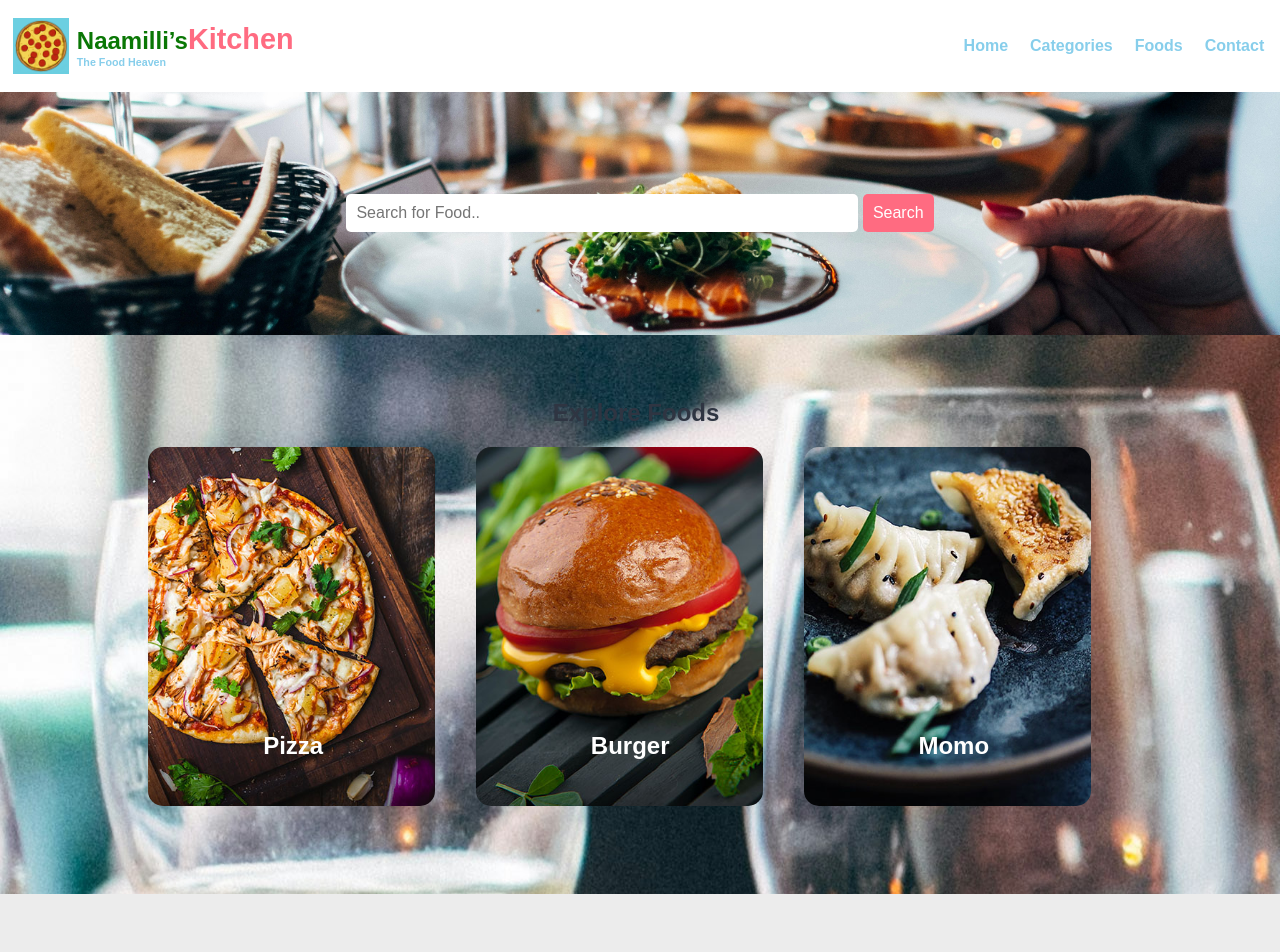
Repository: Saviour-Dagadu/Naamilli
Page: index.html
An editor plug-in stored every save of this project. The page is shown before and after the next save, followed by the edit.
The browser window is 1280 px wide. The pictures show the part of the page from y = 0 to 952 px (the page is 2117 px tall).
A picture or video elsewhere on the page could not be fetched, so the positions and the page height are approximate.

Above is the page before, as saved 2024-12-03 17:56:30.

### index.html
<!DOCTYPE html>
<html lang="en">
<head>
    <meta charset="UTF-8">
    <!-- Important to make website responsive -->
    <meta name="viewport" content="width=device-width, initial-scale=1.0">
    <title>Restaurant Website</title>

    <!-- Link our CSS file -->
    <link rel="stylesheet" type="text/css" href="css/style.css">
</head>

<body>
    <!-- Navbar Section Starts Here -->
	<section class="navbar" style="display: flex; align-items: center; justify-content: space-between;">
        <div class="container" style="display: flex; width: 100%; justify-content: space-between; align-items: center;">
            <div class="logo" style="display: flex; align-items: center;">
                <a href="index.html" title="Logo" style="display: flex; align-items: center;">
                    <img src="images/giphy.gif" alt="" style="
                        width: 3.5rem; /* Adjust size to be similar to nav image */
                        height: 3.5rem; /* Adjust size to be similar to nav image */
                        margin-right: 0.5rem;">
                    <div>
                        <h2 style="margin: 0;">Naamilli’s<span>Kitchen</span></h2>
                        <h6 style="margin: 0;"><span>The Food Heaven</span></h6>
                    </div>
                </a>
            </div>

            <div class="menu text-right">
                <ul style="list-style: none; margin: 0; padding: 0; display: flex; justify-content: flex-end;">
                    <li style="margin-left: 1rem;">
                        <a href="index.html">Home</a>
                    </li>
                    <li style="margin-left: 1rem;">
                        <a href="categories.html">Categories</a>
                    </li>
                    <li style="margin-left: 1rem;">
                        <a href="foods.html">Foods</a>
                    </li>
                    <li style="margin-left: 1rem;">
                        <a href="contact.html">Contact</a>
                    </li>
                </ul>
            </div>
        </div>

        <div class="clearfix"></div>
    </section>

    <!-- Navbar Section Ends Here -->

    <!-- fOOD sEARCH Section Starts Here -->
    <section class="food-search text-center">
        <div class="container">

            <form action="underConstruction.html" method="POST">
                <input type="search" name="search" placeholder="Search for Food.." required>
                <input type="submit" name="submit" value="Search" class="btn btn-primary">
            </form>

        </div>
    </section>
    <!-- fOOD sEARCH Section Ends Here -->

    <!-- CAtegories Section Starts Here -->
    <section class="categories">
        <div class="container">
            <h2 class="text-center">Explore Foods</h2>

            <a href="category-foods.html">
            <div class="box-3 float-container">
                <img src="images/pizza.jpg" alt="Pizza" class="img-responsive img-curve">

                <h3 class="float-text text-white">Pizza</h3>
            </div>
            </a>

            <a href="#">
            <div class="box-3 float-container">
                <img src="images/burger.jpg" alt="Burger" class="img-responsive img-curve">

                <h3 class="float-text text-white">Burger</h3>
            </div>
            </a>

            <a href="#">
            <div class="box-3 float-container">
                <img src="images/momo.jpg" alt="Momo" class="img-responsive img-curve">

                <h3 class="float-text text-white">Momo</h3>
            </div>
            </a>

            <div class="clearfix"></div>
        </div>
    </section>
    <!-- Categories Section Ends Here -->

    <!-- fOOD MEnu Section Starts Here -->
    <section class="food-menu">
        <div class="container">
            <h2 class="text-center">Food Menu</h2>

            <div class="food-menu-box">
                <div class="food-menu-img">
                    <img src="images/menu-pizza.jpg" alt="Chicke Hawain Pizza" class="img-responsive img-curve">
                </div>

                <div class="food-menu-desc">
                    <h4>Pizza</h4>
                    <p class="food-price">Ghc 50</p>
                    <p class="food-detail">
                        Made with Italian Sauce, Chicken, and organice vegetables.
                    </p>
                    <br>

                    <a href="order.html" class="btn btn-primary">Order Now</a>
                </div>
            </div>

            <div class="food-menu-box">
                <div class="food-menu-img">
                    <img src="images/menu-burger.jpg" alt="Chicke Hawain Pizza" class="img-responsive img-curve">
                </div>

                <div class="food-menu-desc">
                    <h4>Smoky Burger</h4>
                    <p class="food-price">Ghc 20</p>
                    <p class="food-detail">
                        Made with Italian Sauce, Chicken, and organice vegetables.
                    </p>
                    <br>

                    <a href="#" class="btn btn-primary">Order Now</a>
                </div>
            </div>

            <div class="food-menu-box">
                <div class="food-menu-img">
                    <img src="images/menu-burger.jpg" alt="Chicke Hawain Burger" class="img-responsive img-curve">
                </div>

                <div class="food-menu-desc">
                    <h4>Nice Burger</h4>
                    <p class="food-price">Ghc 20</p>
                    <p class="food-detail">
                        Made with Italian Sauce, Chicken, and organize vegetables.
                    </p>
                    <br>

                    <a href="#" class="btn btn-primary">Order Now</a>
                </div>
            </div>



            <!-- <div class="food-menu-box">
                <div class="food-menu-img">
                    <img src="images/menu-pizza.jpg" alt="Chicke Hawain Pizza" class="img-responsive img-curve">
                </div>

                <div class="food-menu-desc">
                    <h4>Food Title</h4>
                    <p class="food-price">$2.3</p>
                    <p class="food-detail">
                        Made with Italian Sauce, Chicken, and organice vegetables.
                    </p>
                    <br>

                    <a href="#" class="btn btn-primary">Order Now</a>
                </div>
            </div> -->

            <div class="food-menu-box">
                <div class="food-menu-img">
                    <img src="images/menu-momo.jpg" alt="Chicke Hawain Momo" class="img-responsive img-curve">
                </div>

                <div class="food-menu-desc">
                    <h4>Chicken Steam Momo</h4>
                    <p class="food-price">Ghc 50</p>
                    <p class="food-detail">
                        Made with Italian Sauce, Chicken, and organice vegetables.
                    </p>
                    <br>

                    <a href="#" class="btn btn-primary">Order Now</a>
                </div>
            </div>


            <div class="clearfix"></div>



        </div>

        <p class="text-center">
            <a href="#">See All Foods</a>
        </p>
    </section>
    <!-- fOOD Menu Section Ends Here -->

    <!-- social Section Starts Here -->
<section class="social">
	<div class="container text-center">
		<ul>
			<li>
				<a href="https://www.facebook.com/saviou/"><img src="https://img.icons8.com/fluent/50/000000/facebook-new.png"/></a>
			</li>
			<li>
				<a href="https://www.instagram.com/saviour_dagadu/"><img src="https://img.icons8.com/fluent/48/000000/instagram-new.png"/></a>
			</li>
			<li>
				<a href="https://twitter.com/savicode"><img src="https://img.icons8.com/fluent/48/000000/twitter.png"/></a>
			</li>
		</ul>
	</div>
</section>
<!-- social Section Ends Here -->

<!-- footer Section Starts Here -->
<section class="footer">
	<div class="container text-center">
		<p>All rights reserved. Designed By <a href="https://saviourdagadu.netlify.app/">Saviour Dagadu</a></p>
	</div>
</section>
<!-- footer Section Ends Here -->

</body>
</html>

### css/style.css
/*
    Author: Vijay Thapa;
    Theme: Restaurant Food Order;
    version: 1.0;
*/

/* CSS for All */
*{
    margin: 0 0;
    padding: 0 0;
    font-family: Arial, Helvetica, sans-serif;
}
.container{
    width: 80%;
    margin: 0 auto;
    padding: 1%;
}
.img-responsive{
    width: 100%;
}
.img-curve{
    border-radius: 15px;
}

.text-right{
    text-align: right;
}
.text-center{
    text-align: center;
}
.text-left{
    text-align: left;
}
.text-white{
    color: white;
}

.clearfix{
    clear: both;
    float: none;
}

a{
    color: skyblue;
    text-decoration: none;
}
a:hover{
    color: #ff6b81;
}

.btn{
    padding: 1%;
    border: none;
    font-size: 1rem;
    border-radius: 5px;
}
.btn-primary{
    background-color: #ff6b81;
    color: white;
    cursor: pointer;
}
.btn-primary:hover{
    color: white;
    background-color: #ff4757;
}
h2{
    color: #2f3542;
    font-size: 2rem;
    margin-bottom: 2%;
}
h3{
    font-size: 1.5rem;
}
.float-container{
    position: relative;
}
.float-text{
    position: absolute;
    bottom: 50px;
    left: 40%;
}
fieldset{
    border: 1px solid white;
    margin: 5%;
    padding: 3%;
    border-radius: 5px;
}


/* CSSS for navbar section */

.logo{
    width: 10%;
    float: left;
}
.logo h2{
    color: rgb(10, 119, 5);
}
.logo h2:hover{
    color: rgb(10, 119, 5);
    font-style: italic;
}
.logo h2 span{
    color: #ff6b81;
    font-size: larger;
    font-weight:bolder;
}
.logo h2 span:hover{
    color: #ff4757;
    font-size: larger;
    font-weight:bolder;
}
.menu{
    line-height: 60px;
}
.menu ul{
    list-style-type: none;
}

.menu ul li{
    display: inline;
    padding: 1%;
    font-weight: bold;
}


/* CSS for Food SEarch Section */

.food-search{
    background-image: url(../images/jay-wennington-N_Y88TWmGwA-unsplash.jpg);
    background-size: cover;
    background-repeat: no-repeat;
    background-position: center;
    padding: 7% 0;
}

.food-search input[type="search"]{
    width: 50%;
    padding: 1%;
    font-size: 1rem;
    border: none;
    border-radius: 5px;
}


/* CSS for Categories */
.categories{
    padding: 4% 0;
    background-image: url(../images/jay-wennington-N_Y88TWmGwA-unsplash.jpg);
}

.box-3{
    width: 28%;
    float: left;
    margin: 2%;
}


/* CSS for Food Menu */
.food-menu{
    background-color: #ececec;
    padding: 4% 0;
}
.food-menu-box{
    width: 43%;
    margin: 1%;
    padding: 2%;
    float: left;
    background-color: white;
    border-radius: 15px;
}

.food-menu-img{
    width: 20%;
    float: left;
}

.food-menu-desc{
    width: 70%;
    float: left;
    margin-left: 8%;
}

.food-price{
    font-size: 1.2rem;
    margin: 2% 0;
}
.food-detail{
    font-size: 1rem;
    color: #747d8c;
}


/* CSS for Social */
.social ul{
    list-style-type: none;
}
.social ul li{
    display: inline;
    padding: 1%;
}

/* for Order Section */
.order{
    width: 50%;
    margin: 0 auto;
}
.input-responsive{
    width: 96%;
    padding: 1%;
    margin-bottom: 3%;
    border: none;
    border-radius: 5px;
    font-size: 1rem;
}
.order-label{
    margin-bottom: 1%;
    font-weight: bold;
}

/* Contact Section*/

#info{
    padding: 30px 0;
}

#info .container{
     display: flex;
}

#info .info{
    width: 28%;
    height: 300px;
    border-radius: 10px;
    overflow: hidden;

}

#info .info-text{
    border: 1px solid lightgray;
    padding: 10px;
}

#info .info-text h4{
    margin: 5px;
}

#info .info-text .info-text-call{
    margin-bottom: 20px;
}

#info .info-image{
margin-right: 10px;
overflow: hidden;
box-shadow: 0 0 5px #333;
transform: scale (1.04);
transition: all .4s ease-in-out;
}

#info .info-image:hover{
transform: translateY(-15px) scale(1.1);
box-shadow: 0 0 10px #333;
}
#info .info-image img{
max-width: 100%;
height: auto
}

#info .info-image:hover .info-image img{
opacity: 1;
}

       /* message Section */
#message{
    padding: 30px 0;
    background-color: lightgray;
}

#message .message-top{
    text-align: center;
    margin-bottom: 20px;
}

#message .message-top h3{
    text-transform: uppercase;
    margin: 0;
}

#message .message-top h3::after{
    content: "";
    display: block;
    width: 50px;
    height: 3px;
    background-color: gray;
    margin: 10px auto 0;
}

#message .message-bottom{
    color: black;
}

#message .message-bottom label{
    display: block;
    font-size: 17px;
    font-weight: 500;
    margin-bottom: 5px;
}

#message .message-bottom .form-group{
    margin-bottom: 10px;
}

#message .message-bottom .input{
    display: block;
    height: 40px;
    border-radius: 5px;
    border: 1px solid brown;
    padding-left: 10px;
    padding-right: 10px;
    width: 100%;
    font-size: 15px;
    font-family: 'Segoe UI', Tahoma, Geneva, Verdana, Sans-serif;
}

#message .message-bottom input,
#message .message-bottom textarea,
#message .message-bottom button{
    outline: none;
}

#message  textarea{
    width: 100%;
    height: 200px;
    border-radius: 5px;
    border: 1px solid brown;
    background-color: white;
    padding: 5px 10px;
    font: 15px 'Segoe UI', Tahoma, Geneva, Verdana, Sans-serif;
}

.navbar-brand {
    display: flex;
    align-items: center; /* Align items horizontally in the center */
    text-decoration: none; /* Removes default underline from the link */
    color: #333; /* Adjust text color as needed */
    /* background-image: url('../images/apple.gif'); Replace with the path to your image */
    background-size: cover;                          /* Ensures the image covers the entire div */
    background-position: center;                     /* Centers the image within the div */
    background-repeat: no-repeat;
}
.navbar-brand h2 {
    margin: 0;               /* Removes default margin */
    font-size: 2.5rem;
}

.navbar-brand h2 span{
    color: skyblue;
}

.navbar-brand i {
    display: block;          /* Ensures the i element is on a new line */
    margin: 0;               /* Removes default margin */
    font-size: 0.8rem;       /* Makes the text smaller */
    color: black;
}

.logo-img {
    width: 3.5rem; /* Adjust size as needed */
    height: 3.5rem; /* Adjust size as needed */
    margin-right: 0.5rem; /* Space between image and text */
}

.text-content {
    display: flex;
    flex-direction: column; /* Stack text elements vertically */
    justify-content: center; /* Center text vertically within container */
}

h2 {
    margin: 0; /* Remove default margin */
    font-size: 1.5rem; /* Adjust font size as needed */
    font-weight: bold;
    margin-right: 0.5rem; /* Space between h2 and h6 */
}



/* #message .message-bottom .btn{
    padding: 10px 20px;
    background-color: brown;
    text-transform: uppercase;
    font: 15px 'Segoe UI', Tahoma, Geneva, Verdana, Sans-serif;
    border: none;
    border-radius: 5px;
    font-weight: 500;
    color: #fff;
    cursor: pointer;
} */


/* CSS for Mobile Size or Smaller Screen */

@media only screen and (max-width:768px){
    .logo{
        width: 80%;
        float: none;
        margin: 1% auto;
    }

    .menu ul{
        text-align: center;
    }

    .food-search input[type="search"]{
        width: 90%;
        padding: 2%;
        margin-bottom: 3%;
    }

    .btn{
        width: 91%;
        padding: 2%;
    }

    .food-search{
        padding: 10% 0;
    }

    .categories{
        padding: 20% 0;
    }
    h2{
        margin-bottom: 10%;
    }
    .box-3{
        width: 100%;
        margin: 4% auto;
    }

    .food-menu{
        padding: 20% 0;
    }

    .food-menu-box{
        width: 90%;
        padding: 5%;
        margin-bottom: 5%;
    }
    .social{
        padding: 5% 0;
    }
    .order{
        width: 100%;
    }
}

After the next save:
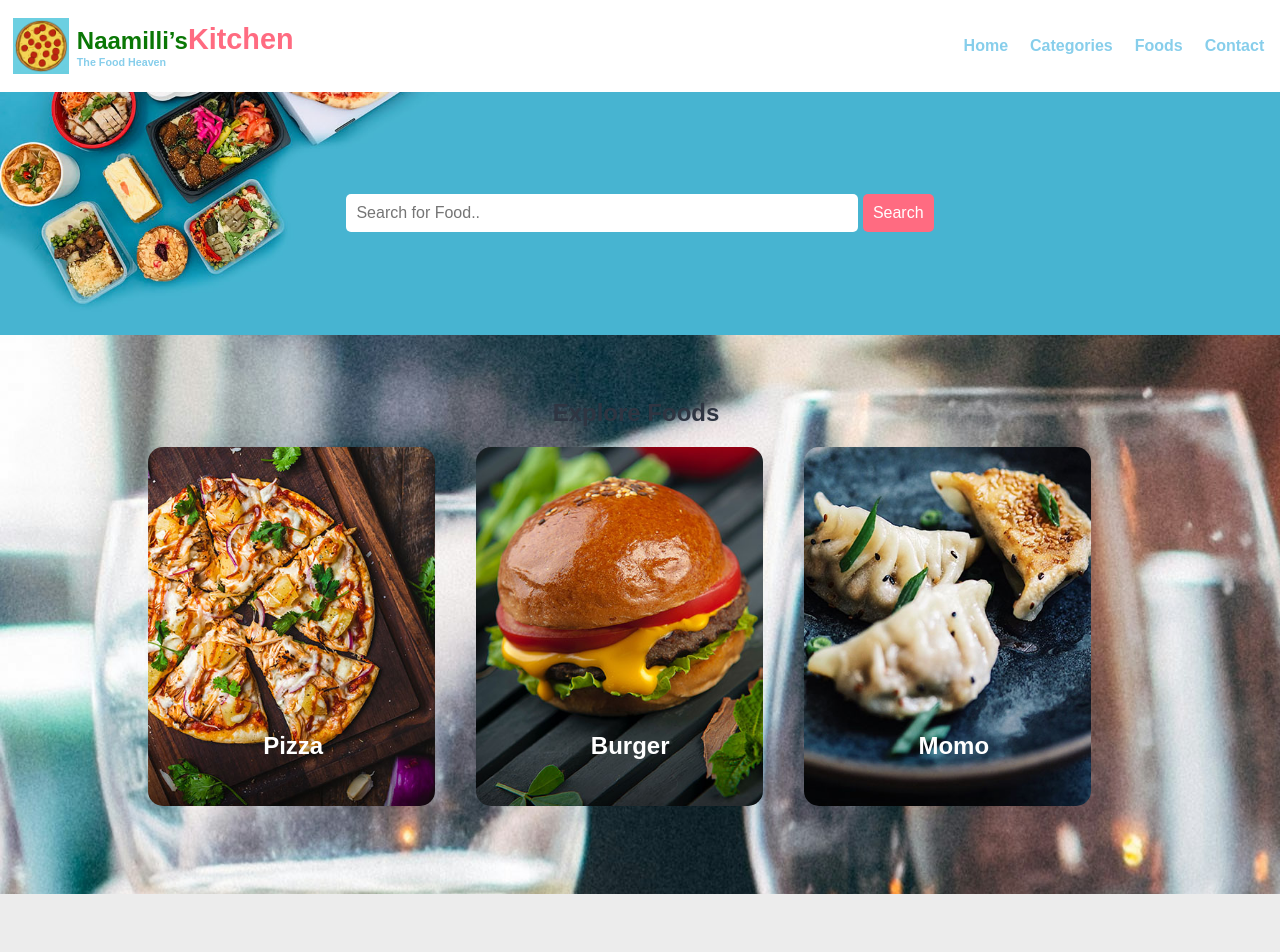
Saved 45 s later.
--- a/css/style.css
+++ b/css/style.css
@@ -127,7 +127,7 @@ fieldset{
 /* CSS for Food SEarch Section */
 
 .food-search{
-    background-image: url(../images/jay-wennington-N_Y88TWmGwA-unsplash.jpg);
+    background-image: url(../images/bg.jpg);
     background-size: cover;
     background-repeat: no-repeat;
     background-position: center;
